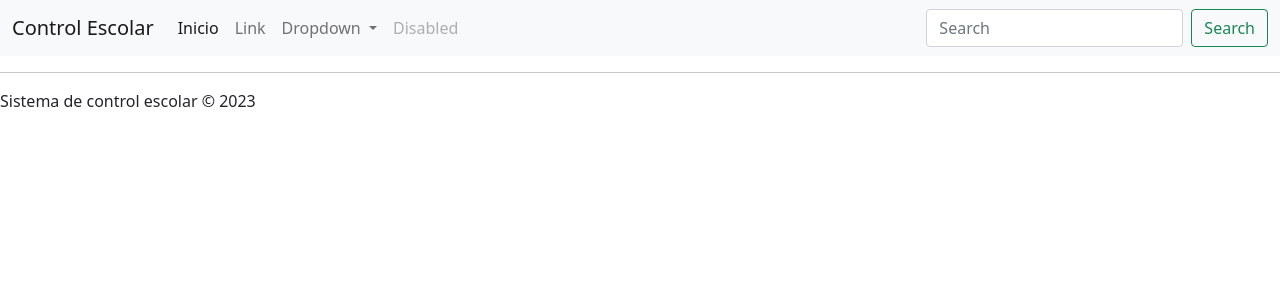
Repository: terrazasjuancarlos/cursoLaravel2-master
Page: http://localhost/alumnos
The author's editor kept a copy of each file at every save. The page is drawn from the files as they stood at one save, then again after the next save.
The browser window is 1280 px wide. The pictures show the whole page.
The page is served by the project's Laravel application, run on PHP 8.4 with Laravel 10. Other server files are loaded and not shown.

Above is the page before, as saved 2023-10-19 18:49:42.

### routes/web.php
<?php

use App\Http\Controllers\AlumnoController;
use App\Http\Controllers\bienvenidoController;
use Illuminate\Support\Facades\Route;

Route::get('/', function () {
    return view('welcome');
});

route::get('/bienvenido', [bienvenidoController::class, 'bienvenido']);

route::get('/alumnos', [AlumnoController::class, 'alumnos']);

### app/Http/Controllers/AlumnoController.php
<?php

namespace App\Http\Controllers;

use Illuminate\Http\Request;

class AlumnoController extends Controller
{
    public function alumnos(){
        return view('alumnos');
    }
}

### resources/views/alumnos.blade.php
@extends('master')

@section('contenido')

@stop

### resources/views/master.blade.php
<!DOCTYPE html>
<html lang="en">
<head>
    <meta charset="UTF-8">
    <meta name="viewport" content="width=device-width, initial-scale=1.0">
    <meta http-equiv="X-UA-Compatible" content="ie=edge">
    <title>Sistema de control escolar CETIS 107</title>
    <link rel="stylesheet" href="{{ asset('css/bootstrap.css') }}">
    <script src="{{ asset('code.jquery.com_jquery-3.7.1.js') }}"></script>
</head>
<body>
    <nav class="navbar navbar-expand-lg navbar-light bg-light">
        <div class="container-fluid">
          <a class="navbar-brand" href="#">Control Escolar
          </a>
          <button class="navbar-toggler" type="button" data-bs-toggle="collapse" data-bs-target="#navbarSupportedContent" aria-controls="navbarSupportedContent" aria-expanded="false" aria-label="Toggle navigation">
            <span class="navbar-toggler-icon"></span>
          </button>
          <div class="collapse navbar-collapse" id="navbarSupportedContent">
            <ul class="navbar-nav me-auto mb-2 mb-lg-0">
              <li class="nav-item">
                <a class="nav-link active" aria-current="page" href="#">Inicio</a>
              </li>
              <li class="nav-item">
                <a class="nav-link" href="#">Link</a>
              </li>
              <li class="nav-item dropdown">
                <a class="nav-link dropdown-toggle" href="#" id="navbarDropdown" role="button" data-bs-toggle="dropdown" aria-expanded="false">
                  Dropdown
                </a>
                <ul class="dropdown-menu" aria-labelledby="navbarDropdown">
                  <li><a class="dropdown-item" href="#">Action</a></li>
                  <li><a class="dropdown-item" href="#">Another action</a></li>
                  <li><hr class="dropdown-divider"></li>
                  <li><a class="dropdown-item" href="#">Something else here</a></li>
                </ul>
              </li>
              <li class="nav-item">
                <a class="nav-link disabled" href="#" tabindex="-1" aria-disabled="true">Disabled</a>
              </li>
            </ul>
            <form class="d-flex">
              <input class="form-control me-2" type="search" placeholder="Search" aria-label="Search">
              <button class="btn btn-outline-success" type="submit">Search</button>
            </form>
          </div>
        </div>
    </nav>

    <div class="container">
        <div class="row">
            <div class="col-12">
                @yield('contenido')
            </div>
        </div>
    </div>

    <footer><hr>
        Sistema de control escolar &copy; 2023
    </footer>
    <script src="{{ asset('js/bootstrap.js') }}"></script>
</body>
</html>

Loaded but not shown: app/Http/Controllers/Controller.php (common file); public/css/bootstrap.css (library); public/js/bootstrap.js (library)

After the next save:
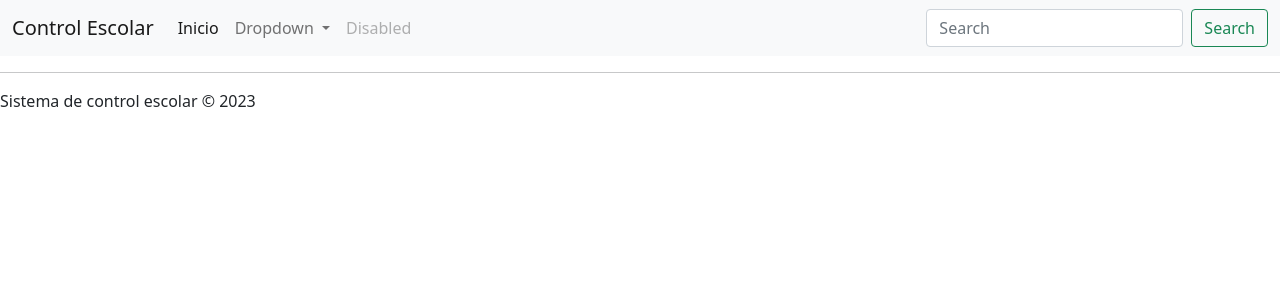
Saved 8 s later.
--- a/resources/views/master.blade.php
+++ b/resources/views/master.blade.php
@@ -20,9 +20,6 @@
             <ul class="navbar-nav me-auto mb-2 mb-lg-0">
               <li class="nav-item">
                 <a class="nav-link active" aria-current="page" href="#">Inicio</a>
-              </li>
-              <li class="nav-item">
-                <a class="nav-link" href="#">Link</a>
               </li>
               <li class="nav-item dropdown">
                 <a class="nav-link dropdown-toggle" href="#" id="navbarDropdown" role="button" data-bs-toggle="dropdown" aria-expanded="false">
